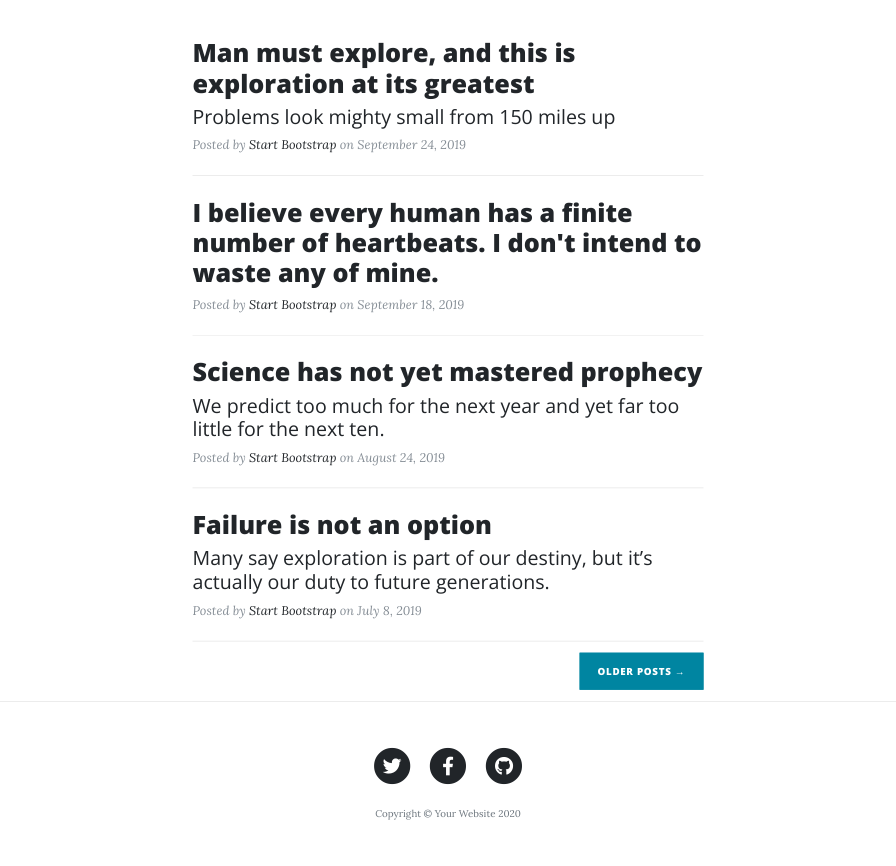
Repository: elvinyeka/elvin-blog
Page: http://localhost/
An editor plug-in stored every save of this project. The page is shown before and after the next save, followed by the edit.
The browser window is 1280 px wide. The pictures show the part of the page from y = 559 to 2479 px (the page is 1796 px tall before and 3372 px after), at 70% of full size.
The page is served by the project's application, run on Flask 3 (CLEANBLOG/__init__.py). The page reads the database file committed with the project.

Above is the page before, as saved 2020-10-18 22:46:40.

After the next save:
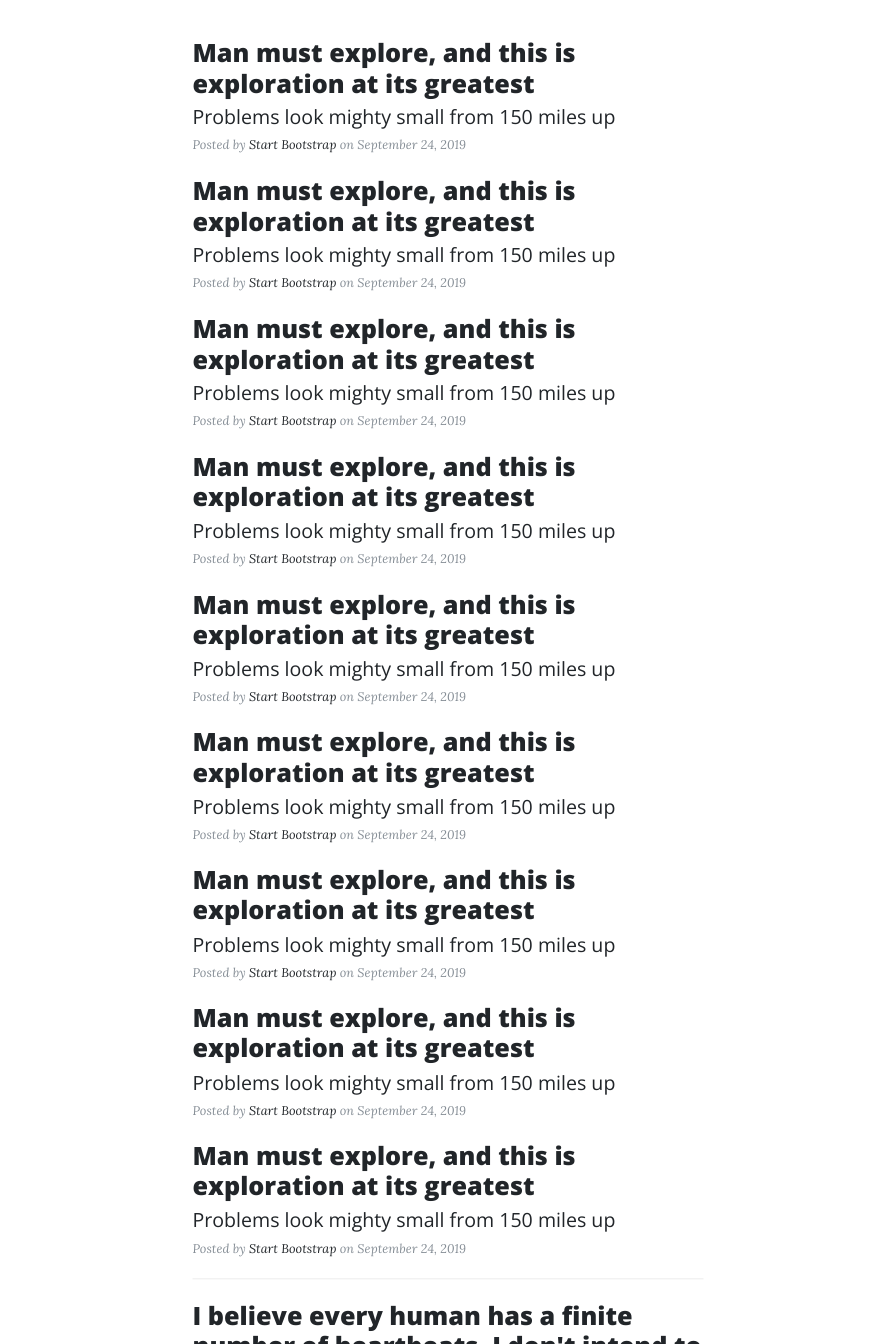
Saved 85 s later.
--- a/CLEANBLOG/templates/index.html
+++ b/CLEANBLOG/templates/index.html
@@ -32,6 +32,8 @@
 
     <div class="row">
         <div class="col-lg-8 col-md-10 mx-auto">
+
+            {% for post in posts %}
             <div class="post-preview">
                 <a href="post.html">
                     <h2 class="post-title">
@@ -44,6 +46,9 @@
                 <p class="post-meta">Posted by
                     <a href="#">Start Bootstrap</a> on September 24, 2019</p>
             </div>
+
+            {% endfor %}
+
             <hr>
             <div class="post-preview">
                 <a href="post.html">
